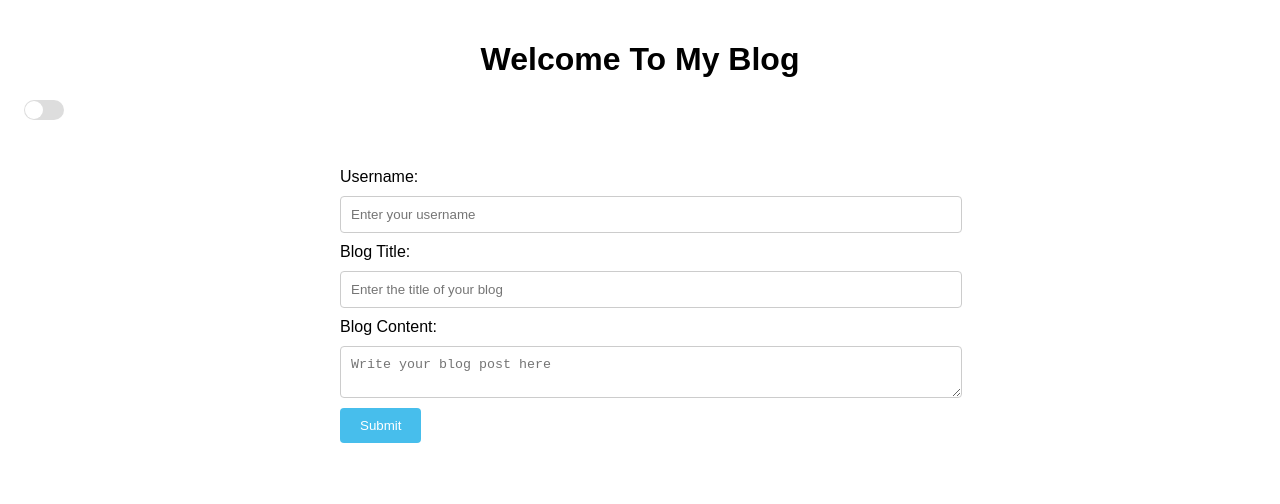
Repository: PaigeC001/WeatherOutlookTracker
Page: Challenge-4/index.html
These files come from the project's save history. The page is drawn as it stood at one moment and after the next save; the edit follows.
The browser window is 1280 px wide. The pictures show the whole page.

Above is the page before, as saved 2024-06-25 01:09:15.

### Challenge-4/index.html
<!DOCTYPE html>
<html>
<head>
  <title>Blog Form</title>
  <link rel="stylesheet" type="text/css" href="styles.css">
</head>
<body>
  <h1>Welcome To My Blog</h1>
  <div class="toggle-container">
    <input type="checkbox" id="toggle">
    <label for="toggle"></label>
  </div>
  <form>
    <label for="username">Username:</label>
    <input type="text" id="username" placeholder="Enter your username" required>

    <label for="title">Blog Title:</label>
    <input type="text" id="title" placeholder="Enter the title of your blog" required>

    <label for="content">Blog Content:</label>
    <textarea id="content" placeholder="Write your blog post here" required></textarea>

    <button type="submit">Submit</button>
  </form>
  <script src="script.js"></script>
</body>
</html>

### Challenge-4/styles.css
body {
  font-family: Arial, sans-serif;
  margin: 0;
  padding: 20px;
}

h1 {
  text-align: center;
}

form {
  max-width: 600px;
  margin: 0 auto;
}

label,
input,
textarea {
  display: block;
  width: 100%;
  margin-bottom: 10px;
}

input[type="text"],
textarea {
  padding: 10px;
  border: 1px solid #ccc;
  border-radius: 4px;
}

button {
  padding: 10px 20px;
  background-color: #47beec;
  color: #fff;
  border: none;
  border-radius: 4px;
  cursor: pointer;
}

button:hover {
  background-color: #192c46;
}

.toggle-container {
    text-align: center;
    margin-bottom: 20px;
  }

  .toggle-container label {
    display: inline-block;
    margin-right: 5px;
  }

  .toggle-container input[type="checkbox"] {
    position: relative;
    width: 40px;
    height: 20px;
    appearance: none;
    -webkit-appearance: none;
    background-color: #ddd;
    outline: none;
    border-radius: 10px;
    cursor: pointer;
  }

  .toggle-container input[type="checkbox"]:before {
    content: '';
    position: absolute;
    top: 1px;
    left: 1px;
    width: 18px;
    height: 18px;
    border-radius: 50%;
    background-color: #fff;
    transition: transform 0.3s ease;
  }

  .toggle-container input[type="checkbox"]:checked:before {
    transform: translateX(20px);
  }

  .dark-mode {
    background-color: #333;
    color: #fff;
  }

  .dark-mode input[type="text"],
  .dark-mode textarea {
    background-color: #555
    color #fff;
  }

### Challenge-4/script.js
const form = document.querySelector('form');

form.addEventListener('submit', function(event) {
  event.preventDefault();

  const username = document.getElementById('username').value;
  const title = document.getElementById('title').value;
  const content = document.getElementById('content').value;

  console.log('Username:', username);
  console.log('Title:', title);
  console.log('Content:', content);

const toggle = document.getElementById('toggle');
const body = document.body;

toggle.addEventListener('change', function() {
  body.classList.toggle('dark-mode');
});
});

const toggle = document.getElementById('toggle');
const body = document.body;

toggle.addEventListener('change', function() {
    body.classList.toggle('dark-mode');
});

After the next save:
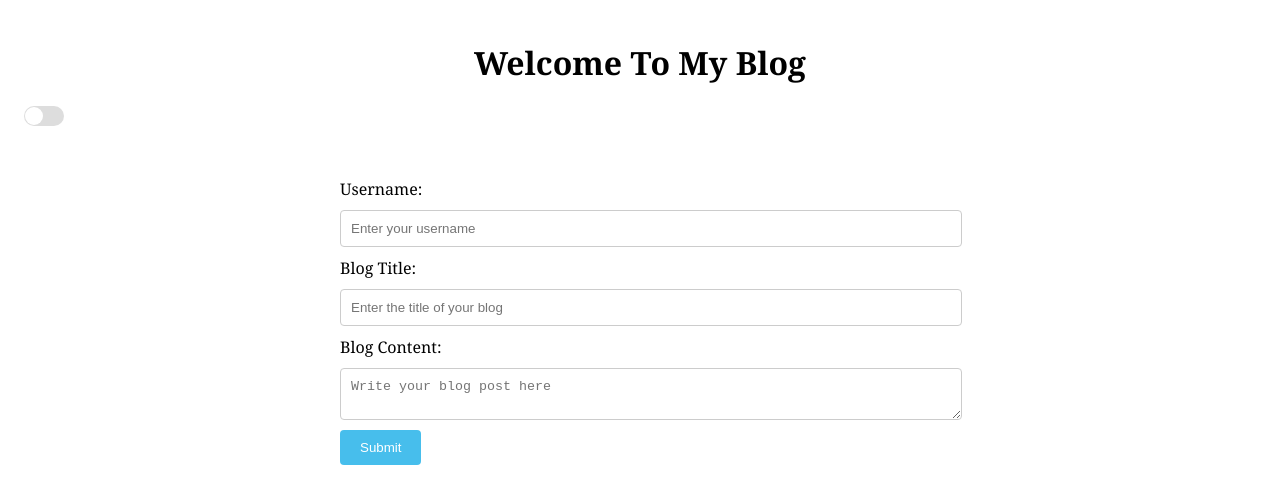
Saved 58 s later.
--- a/Challenge-4/styles.css
+++ b/Challenge-4/styles.css
@@ -1,5 +1,5 @@
 body {
-  font-family: Arial, sans-serif;
+  font-family: Cambria, Cochin, Georgia, Times, 'Times New Roman', serif, sans-serif;
   margin: 0;
   padding: 20px;
 }
